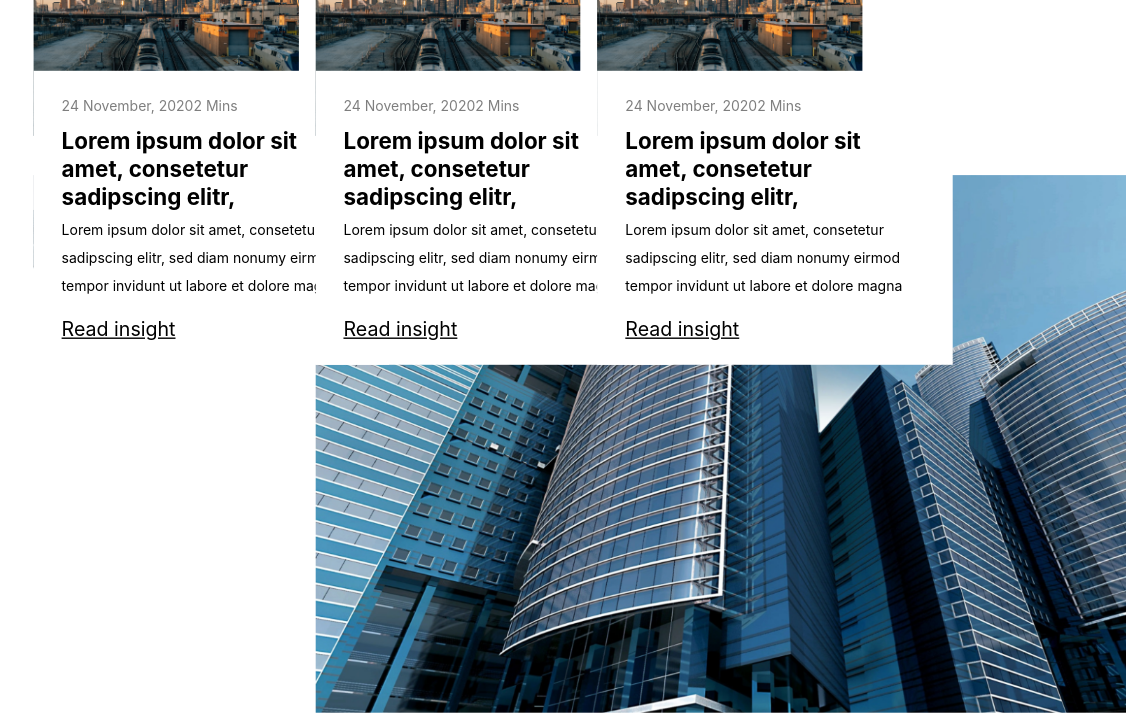
Repository: arif286/Business-webpage
Page: /
An editor plug-in stored every save of this project. The page is shown before and after the next save, followed by the edit.
The browser window is 1280 px wide. The page is 1609 px wide, so the pictures cover 1609 px, including what lies to the right of the window. The pictures show the part of the page from y = 1463 to 2983 px (the page is 2481 px tall before and 3104 px after), at 70% of full size.
The project was rebuilt for these pictures with package versions that can differ from the ones it lists, and the page was loaded fresh each time. Also part of the build but not shown: src/components/MainHeader/MainHeader.css, src/components/NotFound/NotFound.js.

Above is the page before, as saved 2021-05-27 13:42:14.

After the next save:
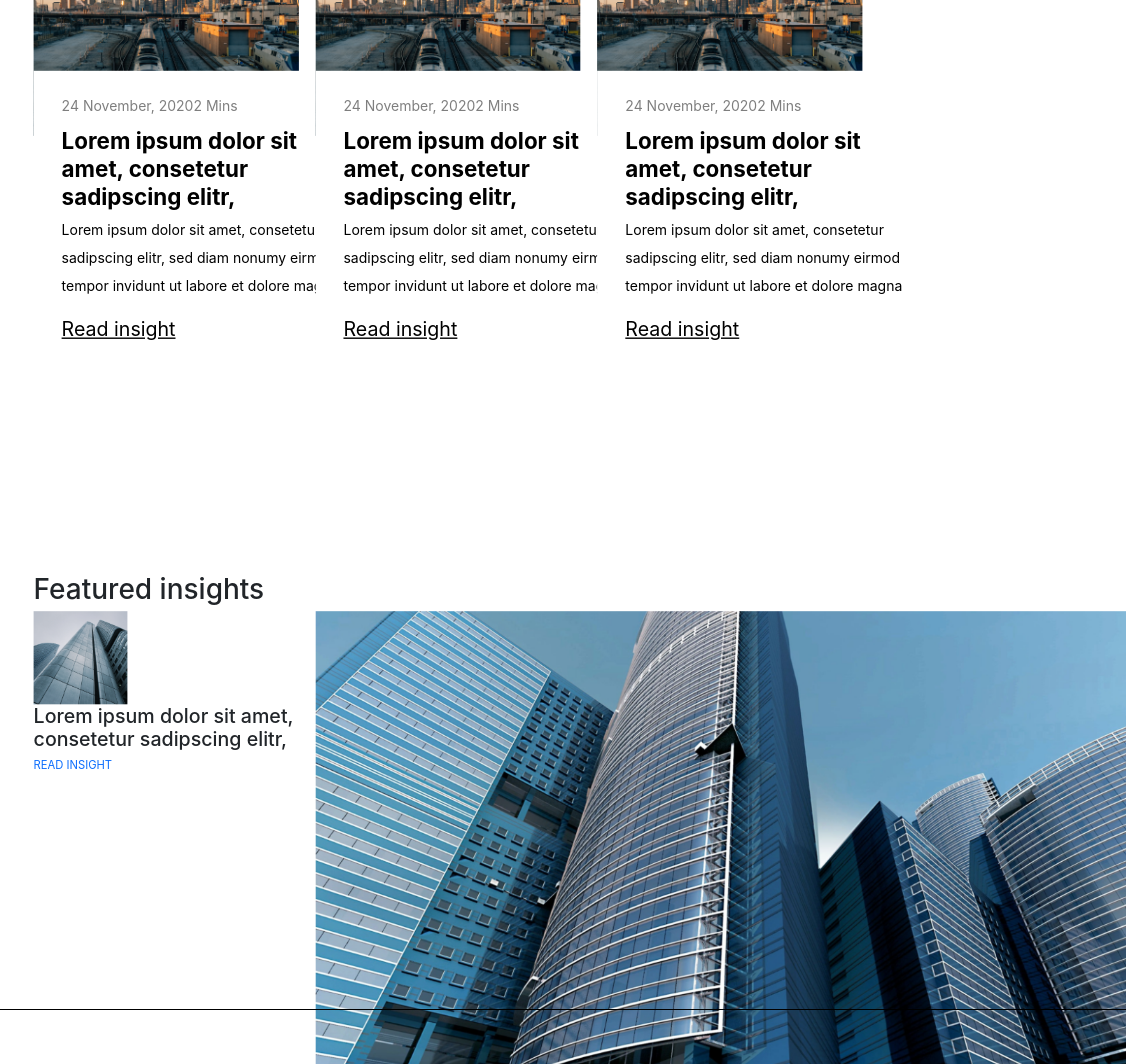
Saved 74 s later.
--- a/src/components/Blog/Blog.css
+++ b/src/components/Blog/Blog.css
@@ -1,3 +1,6 @@
+.event-area {
+  height: 980px;
+}
 .single-top p {
   font-size: 20px;
   color: #000;
